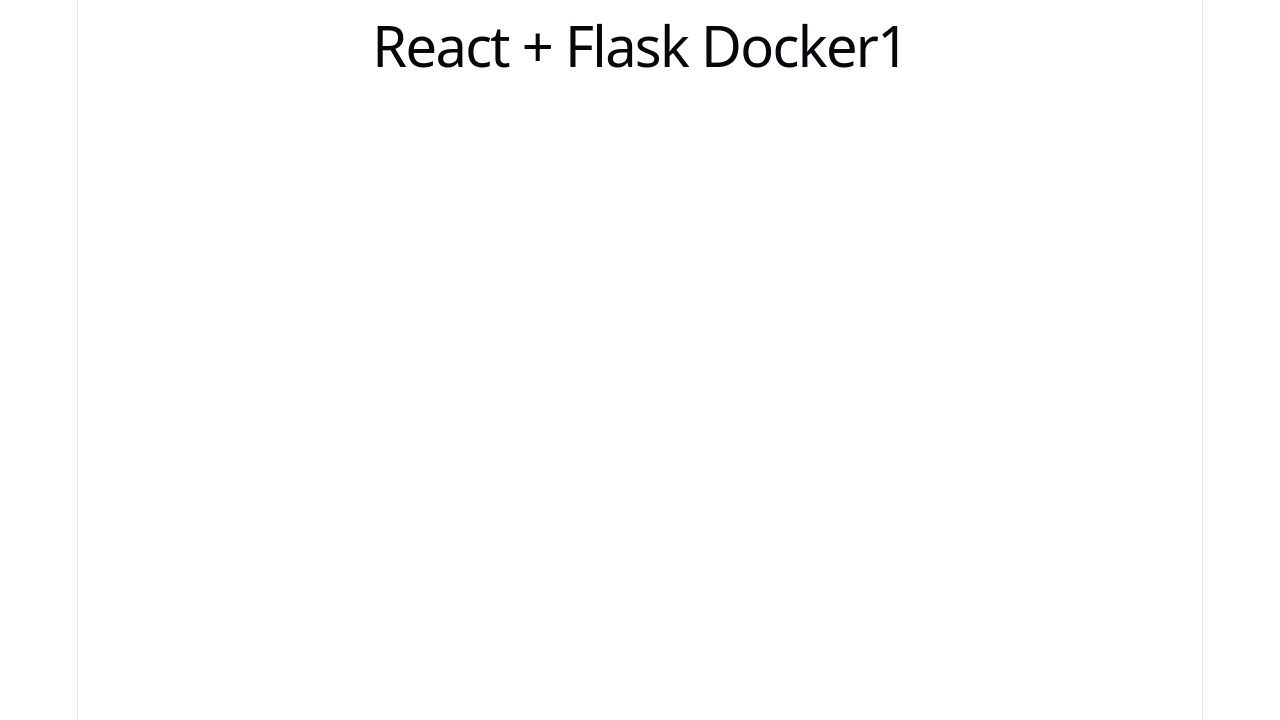
Repository: lgitacc01/timekeeping
Page: / (app in frontend/)
The author's editor kept a copy of each file at every save. The page is drawn from the files as they stood at one save, then again after the next save.
The browser window is 1280 px wide. The pictures show the whole page.
The page's requests for data from a server got no answer. The project was rebuilt for these pictures with package versions that can differ from the ones it lists, and the page was loaded fresh each time. No one was signed in, and anything a server would have sent is missing. Also part of the build but not shown: frontend/vite.config.js.

Above is the page before, as saved 2026-05-25 21:08:31.

### frontend/src/index.css
:root {
  --text: #6b6375;
  --text-h: #08060d;
  --bg: #fff;
  --border: #e5e4e7;
  --code-bg: #f4f3ec;
  --accent: #aa3bff;
  --accent-bg: rgba(170, 59, 255, 0.1);
  --accent-border: rgba(170, 59, 255, 0.5);
  --social-bg: rgba(244, 243, 236, 0.5);
  --shadow:
    rgba(0, 0, 0, 0.1) 0 10px 15px -3px, rgba(0, 0, 0, 0.05) 0 4px 6px -2px;

  --sans: system-ui, 'Segoe UI', Roboto, sans-serif;
  --heading: system-ui, 'Segoe UI', Roboto, sans-serif;
  --mono: ui-monospace, Consolas, monospace;

  font: 18px/145% var(--sans);
  letter-spacing: 0.18px;
  color-scheme: light dark;
  color: var(--text);
  background: var(--bg);
  font-synthesis: none;
  text-rendering: optimizeLegibility;
  -webkit-font-smoothing: antialiased;
  -moz-osx-font-smoothing: grayscale;

  @media (max-width: 1024px) {
    font-size: 16px;
  }
}

@media (prefers-color-scheme: dark) {
  :root {
    --text: #9ca3af;
    --text-h: #f3f4f6;
    --bg: #16171d;
    --border: #2e303a;
    --code-bg: #1f2028;
    --accent: #c084fc;
    --accent-bg: rgba(192, 132, 252, 0.15);
    --accent-border: rgba(192, 132, 252, 0.5);
    --social-bg: rgba(47, 48, 58, 0.5);
    --shadow:
      rgba(0, 0, 0, 0.4) 0 10px 15px -3px, rgba(0, 0, 0, 0.25) 0 4px 6px -2px;
  }

  #social .button-icon {
    filter: invert(1) brightness(2);
  }
}

body {
  margin: 0;
}

#root {
  width: 1126px;
  max-width: 100%;
  margin: 0 auto;
  text-align: center;
  border-inline: 1px solid var(--border);
  min-height: 100svh;
  display: flex;
  flex-direction: column;
  box-sizing: border-box;
}

h1,
h2 {
  font-family: var(--heading);
  font-weight: 500;
  color: var(--text-h);
}

h1 {
  font-size: 56px;
  letter-spacing: -1.68px;
  margin: 32px 0;
  @media (max-width: 1024px) {
    font-size: 36px;
    margin: 20px 0;
  }
}
h2 {
  font-size: 24px;
  line-height: 118%;
  letter-spacing: -0.24px;
  margin: 0 0 8px;
  @media (max-width: 1024px) {
    font-size: 20px;
  }
}
p {
  margin: 0;
}

code,
.counter {
  font-family: var(--mono);
  display: inline-flex;
  border-radius: 4px;
  color: var(--text-h);
}

code {
  font-size: 15px;
  line-height: 135%;
  padding: 4px 8px;
  background: var(--code-bg);
}

### frontend/src/App.jsx
import { useEffect, useState } from "react";

function App() {
  const [msg, setMsg] = useState("");

  useEffect(() => {
    fetch("http://localhost:5000/api/test")
      .then(res => res.json())
      .then(data => setMsg(data.status));
  }, []);

  return (
    <div>
      <h1>React + Flask Docker1</h1>
      <p>{msg}</p>
    </div>
  );
}

export default App;

Loaded but not shown: frontend/src/main.jsx (common file)

After the next save:
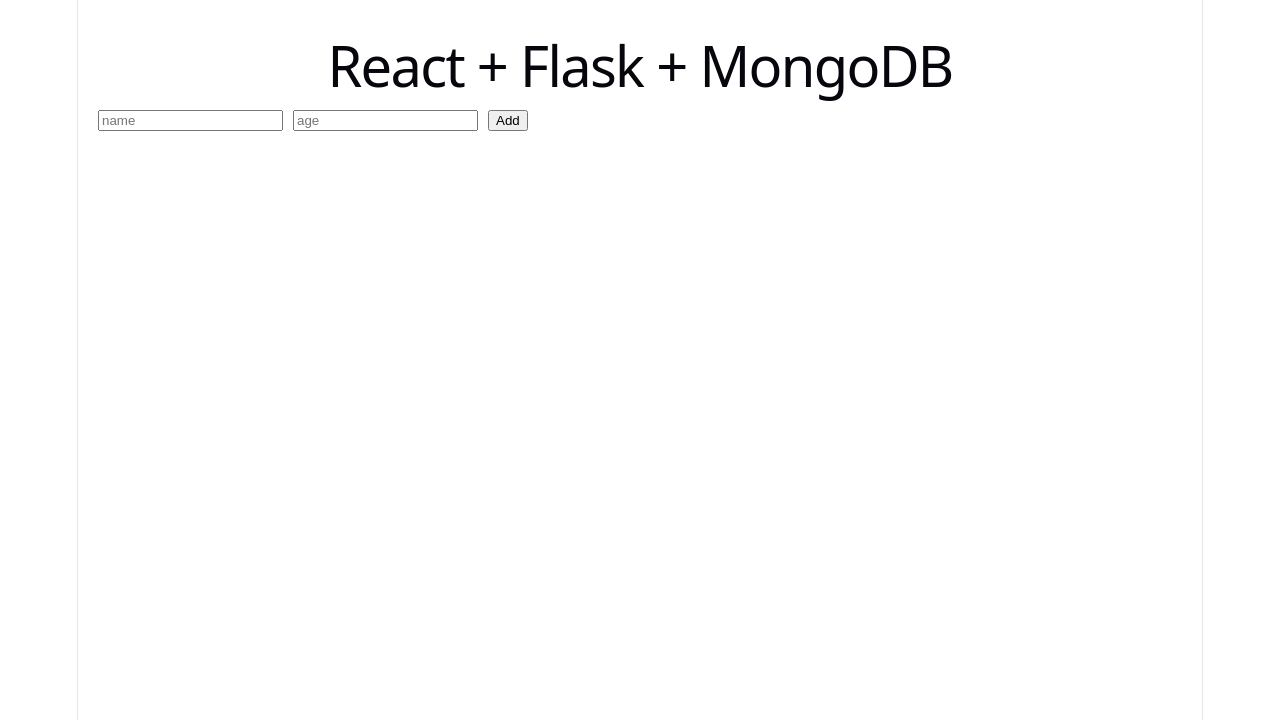
Saved 4 min 51 s later.
--- a/frontend/src/App.jsx
+++ b/frontend/src/App.jsx
@@ -1,18 +1,153 @@
 import { useEffect, useState } from "react";
 
 function App() {
-  const [msg, setMsg] = useState("");
+
+  const [users, setUsers] = useState([]);
+
+  const [name, setName] = useState("");
+  const [age, setAge] = useState("");
+
+  // =========================
+  // GET USERS
+  // =========================
+
+  const fetchUsers = async () => {
+
+    try {
+
+      const response = await fetch(
+        "http://localhost:5000/api/users"
+      );
+
+      const data = await response.json();
+
+      setUsers(data);
+
+    } catch (error) {
+      console.log(error);
+    }
+  };
+
+  // =========================
+  // CREATE USER
+  // =========================
+
+  const createUser = async () => {
+
+    try {
+
+      await fetch(
+        "http://localhost:5000/api/users",
+        {
+          method: "POST",
+
+          headers: {
+            "Content-Type": "application/json"
+          },
+
+          body: JSON.stringify({
+            name,
+            age
+          })
+        }
+      );
+
+      setName("");
+      setAge("");
+
+      fetchUsers();
+
+    } catch (error) {
+      console.log(error);
+    }
+  };
+
+  // =========================
+  // DELETE USER
+  // =========================
+
+  const deleteUser = async (id) => {
+
+    try {
+
+      await fetch(
+        `http://localhost:5000/api/users/${id}`,
+        {
+          method: "DELETE"
+        }
+      );
+
+      fetchUsers();
+
+    } catch (error) {
+      console.log(error);
+    }
+  };
 
   useEffect(() => {
-    fetch("http://localhost:5000/api/test")
-      .then(res => res.json())
-      .then(data => setMsg(data.status));
+    fetchUsers();
   }, []);
 
   return (
-    <div>
-      <h1>React + Flask Docker1</h1>
-      <p>{msg}</p>
+    <div style={{ padding: 20 }}>
+
+      <h1>React + Flask + MongoDB</h1>
+
+      <div
+        style={{
+          display: "flex",
+          gap: 10,
+          marginBottom: 20
+        }}
+      >
+
+        <input
+          type="text"
+          placeholder="name"
+          value={name}
+          onChange={(e) => setName(e.target.value)}
+        />
+
+        <input
+          type="number"
+          placeholder="age"
+          value={age}
+          onChange={(e) => setAge(e.target.value)}
+        />
+
+        <button onClick={createUser}>
+          Add
+        </button>
+
+      </div>
+
+      {
+        users.map((user) => (
+
+          <div
+            key={user._id}
+            style={{
+              border: "1px solid gray",
+              padding: 10,
+              marginBottom: 10
+            }}
+          >
+
+            <h3>{user.name}</h3>
+
+            <p>{user.age}</p>
+
+            <button
+              onClick={() => deleteUser(user._id)}
+            >
+              Delete
+            </button>
+
+          </div>
+
+        ))
+      }
+
     </div>
   );
 }
